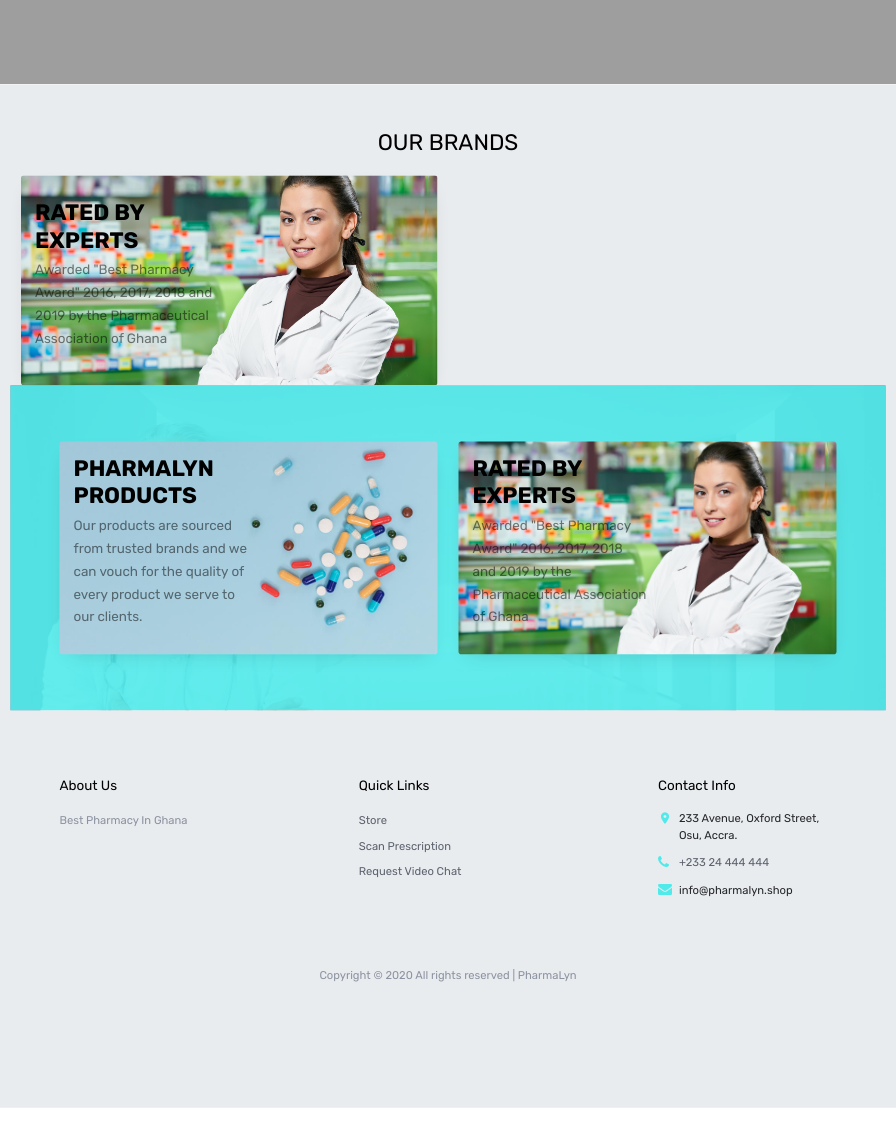
Repository: Nat-A/finalyearproject
Page: pharma/index - Copy.html
An editor plug-in stored every save of this project. The page is shown before and after the next save, followed by the edit.
The browser window is 1280 px wide. The pictures show the part of the page from y = 682 to 2602 px (the page is 2296 px tall before and 2743 px after), at 70% of full size.
Pictures or frames that could not be fetched are drawn as grey boxes.

Above is the page before, as saved 2020-06-03 12:41:16.

After the next save:
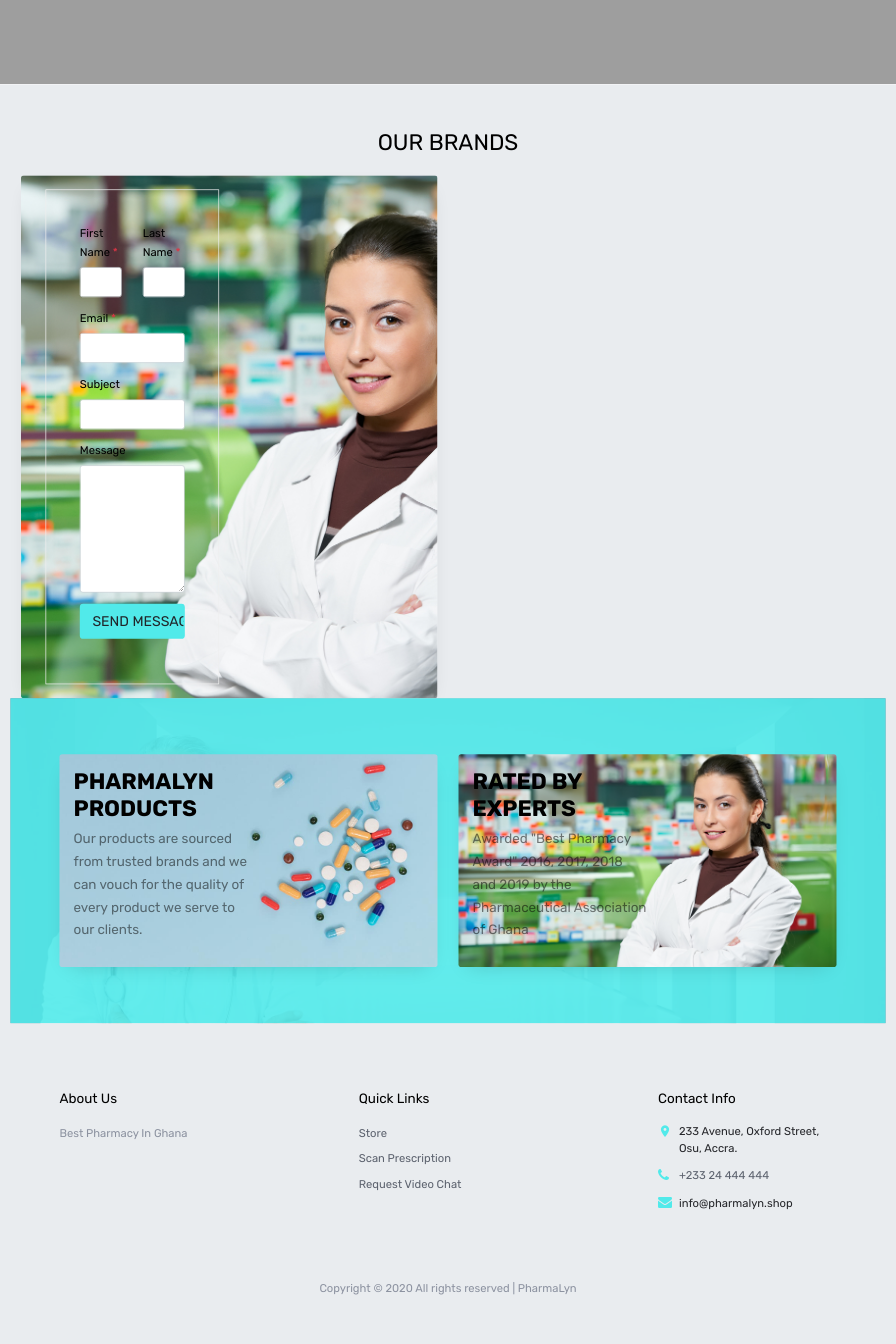
Saved 92 s later.
--- a/pharma/index - Copy.html
+++ b/pharma/index - Copy.html
@@ -113,9 +113,48 @@
                 <div class="col-lg-6 mb-5 mb-lg-0 ">
                     <a class="banner-1 h-100 d-flex " style="background-image: url( 'images/avatars/doctor4.jpg'); ">
                         <div class="banner-1-inner align-self-center ">
-                            <h2>Rated by Experts</h2>
-                            <p>Awarded "Best Pharmacy Award" 2016, 2017, 2018 and 2019 by the Pharmaceutical Association of Ghana
-                            </p>
+                            <div class="col-md-12">
+
+                                <form action="#" method="post">
+
+                                    <div class="p-3 p-lg-5 border">
+                                        <div class="form-group row">
+                                            <div class="col-md-6">
+                                                <label for="c_fname" class="text-black">First Name <span class="text-danger">*</span></label>
+                                                <input type="text" class="form-control" id="c_fname" name="c_fname">
+                                            </div>
+                                            <div class="col-md-6">
+                                                <label for="c_lname" class="text-black">Last Name <span class="text-danger">*</span></label>
+                                                <input type="text" class="form-control" id="c_lname" name="c_lname">
+                                            </div>
+                                        </div>
+                                        <div class="form-group row">
+                                            <div class="col-md-12">
+                                                <label for="c_email" class="text-black">Email <span class="text-danger">*</span></label>
+                                                <input type="email" class="form-control" id="c_email" name="c_email" placeholder="">
+                                            </div>
+                                        </div>
+                                        <div class="form-group row">
+                                            <div class="col-md-12">
+                                                <label for="c_subject" class="text-black">Subject </label>
+                                                <input type="text" class="form-control" id="c_subject" name="c_subject">
+                                            </div>
+                                        </div>
+
+                                        <div class="form-group row">
+                                            <div class="col-md-12">
+                                                <label for="c_message" class="text-black">Message </label>
+                                                <textarea name="c_message" id="c_message" cols="30" rows="7" class="form-control"></textarea>
+                                            </div>
+                                        </div>
+                                        <div class="form-group row">
+                                            <div class="col-lg-12">
+                                                <input type="submit" class="btn btn-primary btn-lg btn-block" value="Send Message">
+                                            </div>
+                                        </div>
+                                    </div>
+                                </form>
+                            </div>
                         </div>
                     </a>
                 </div>
